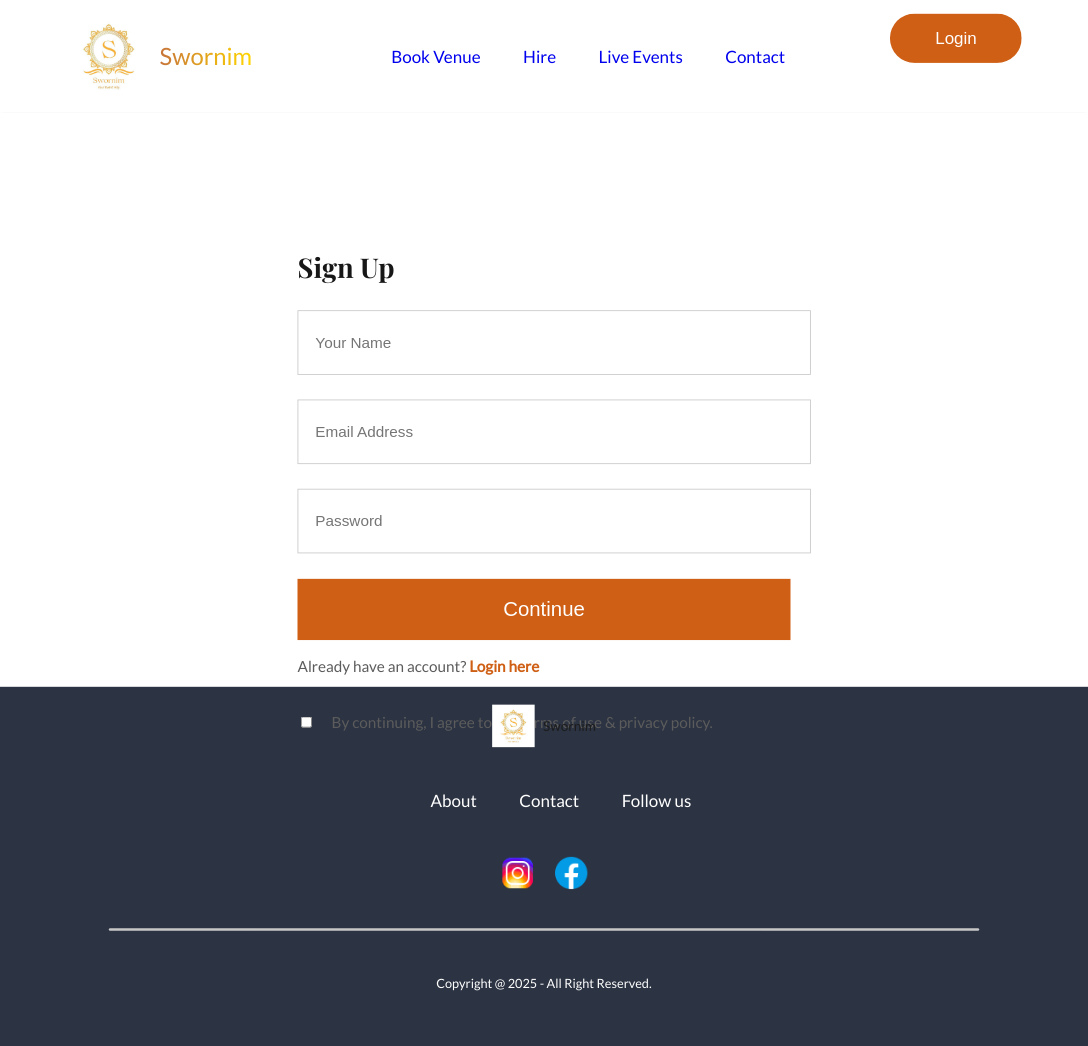
Repository: leonischu/Swornim
Page: /login (app in frontend/)
An editor plug-in stored every save of this project. The page is shown before and after the next save, followed by the edit.
The browser window is 1280 px wide. The pictures show the whole page, at 85% of full size.
The project was rebuilt for these pictures with package versions that can differ from the ones it lists, and the page was loaded fresh each time. Also part of the build but not shown: frontend/src/App.css, frontend/src/Pages/Book.jsx, frontend/src/Pages/Contact.jsx.

Above is the page before, as saved 2025-05-31 15:29:57.

After the next save:
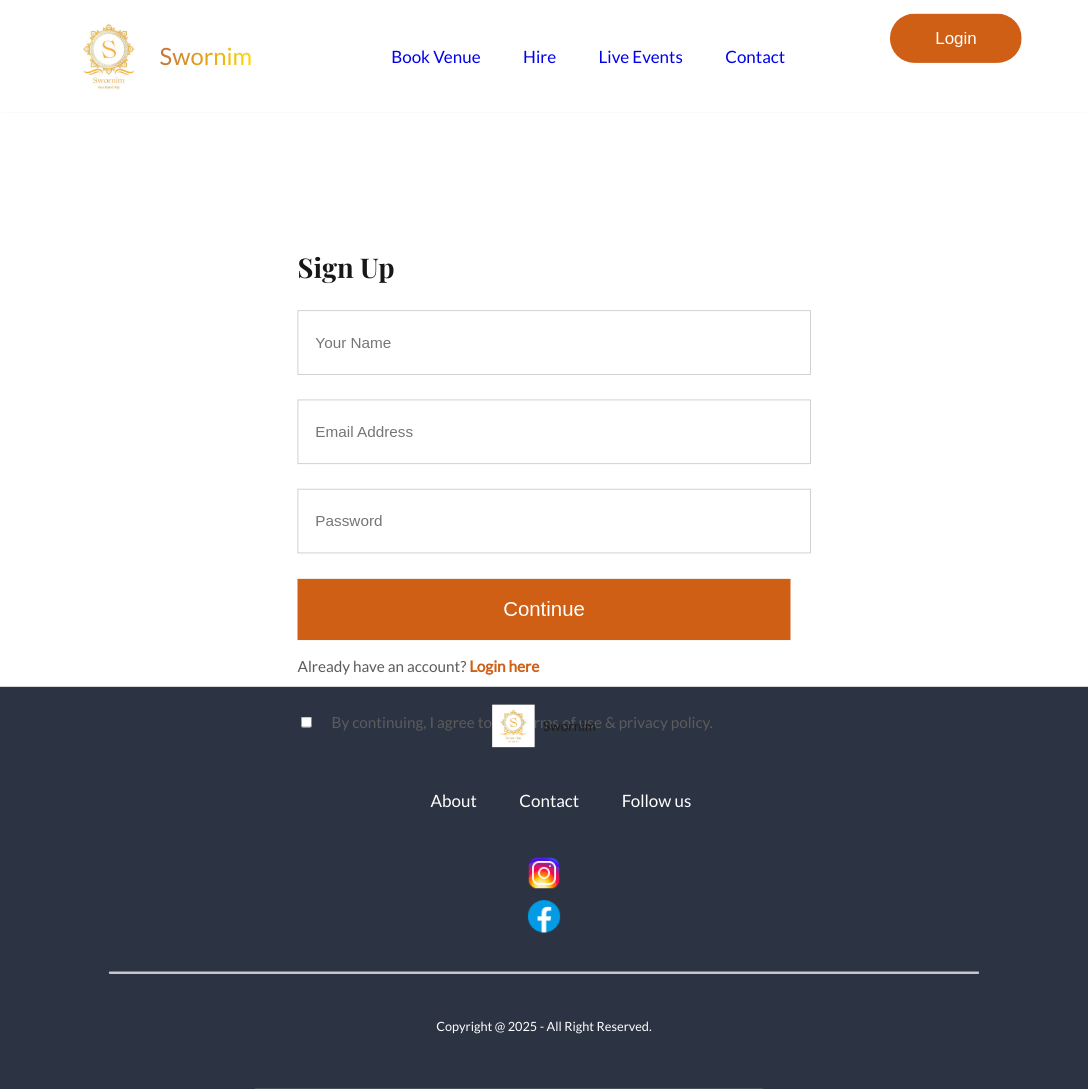
Saved 43 s later.
--- a/frontend/src/Components/Footer/Footer.css
+++ b/frontend/src/Components/Footer/Footer.css
@@ -37,7 +37,8 @@
 .footer-links li:hover{
     color: #ffa500;
 }
-.footer-social-icon{
+.footer-social-icon:hover{
+    cursor: pointer;
     display: flex;
     gap: 15px;
 }

After the save that followed:
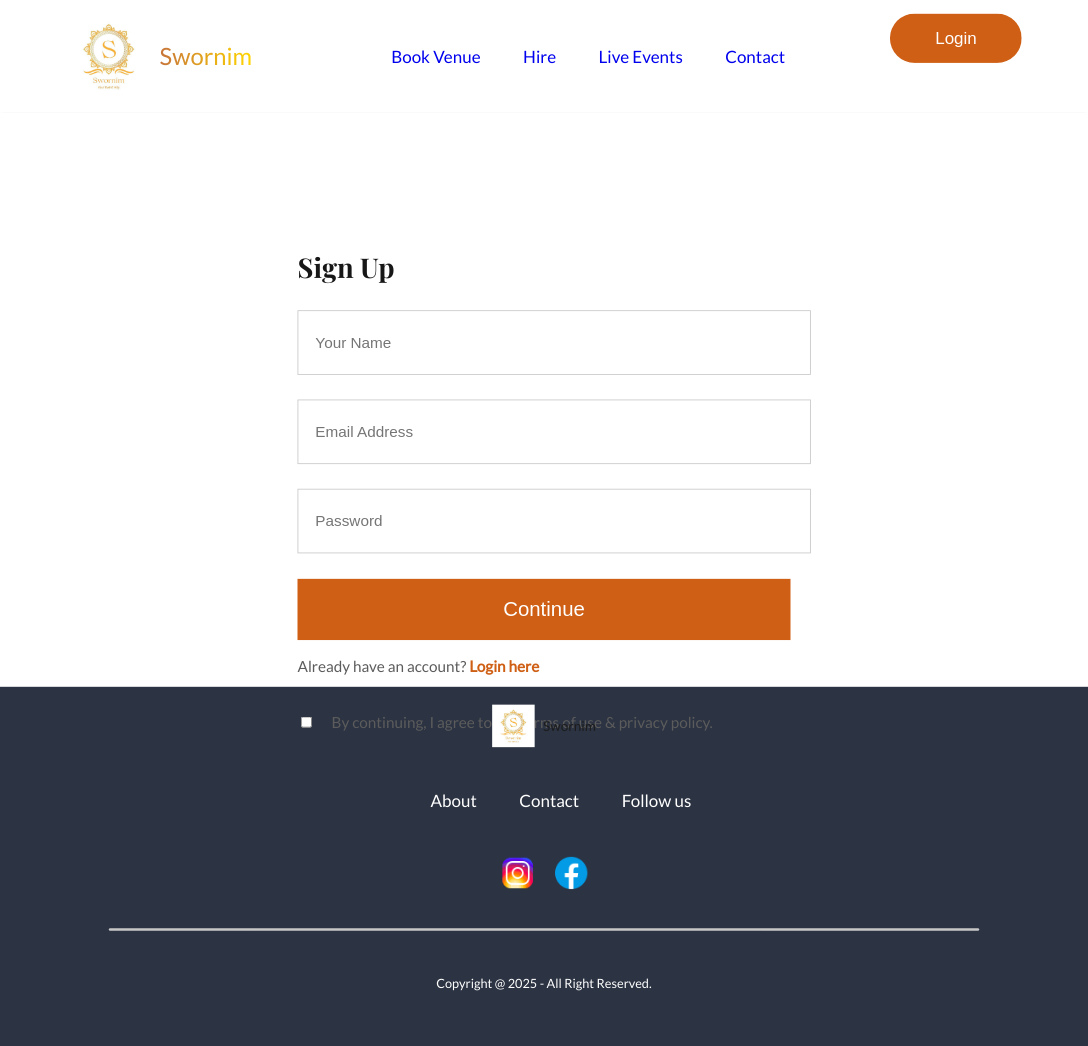
Saved 24 s later.
--- a/frontend/src/Components/Footer/Footer.css
+++ b/frontend/src/Components/Footer/Footer.css
@@ -37,7 +37,7 @@
 .footer-links li:hover{
     color: #ffa500;
 }
-.footer-social-icon:hover{
+.footer-social-icon{
     cursor: pointer;
     display: flex;
     gap: 15px;
